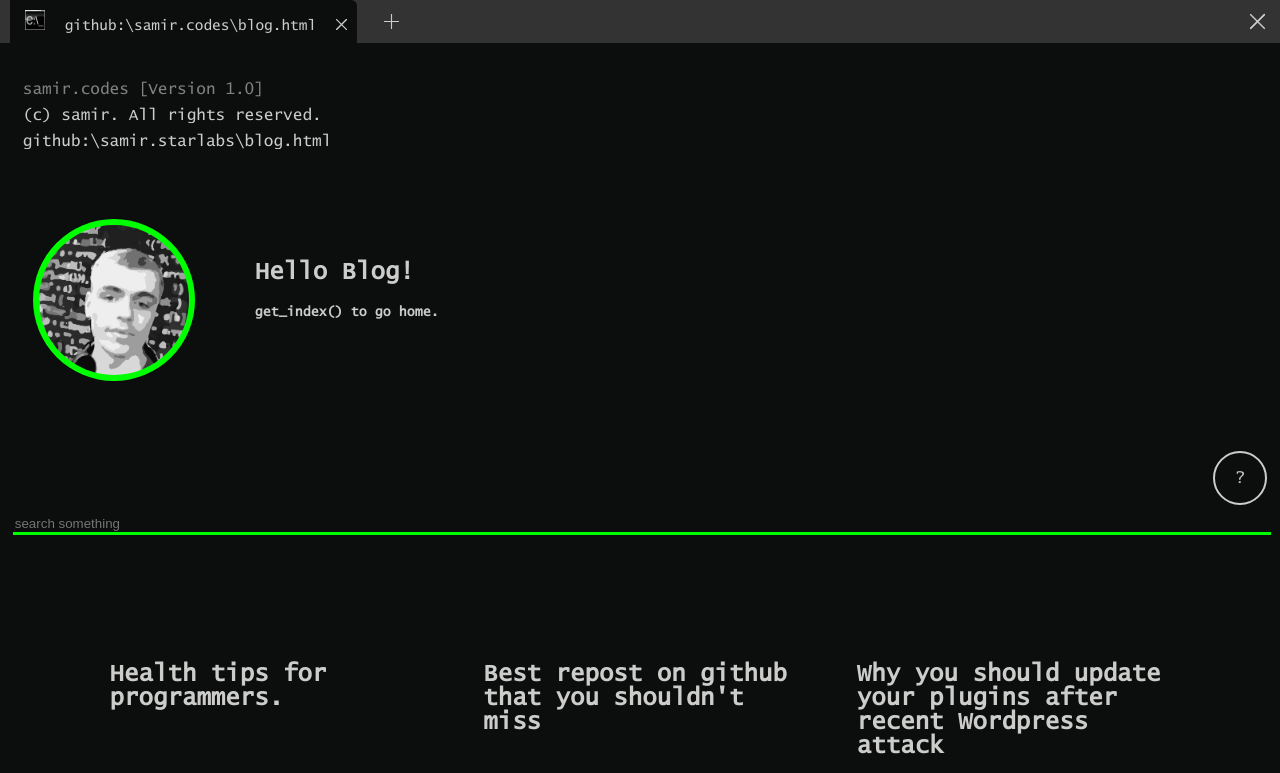
Repository: samiscold/samir.codes
Page: blog.html
An editor plug-in stored every save of this project. The page is shown before and after the next save, followed by the edit.
The browser window is 1280 px wide. The pictures show the part of the page from y = 0 to 773 px (the page is 1349 px tall before and 1279 px after).
Pictures or frames that could not be fetched are drawn as grey boxes.

Above is the page before, as saved 2022-04-11 14:28:27.
Console error: TypeError: Cannot read properties of null (reading 'getElementsByClassName')

### blog.html
<!DOCTYPE html>
<html lang="en">

<head>
    <meta charset="UTF-8">
    <meta http-equiv="X-UA-Compatible" content="IE=edge">
    <meta name="viewport" content="width=device-width, initial-scale = 1.0, maximum-scale=1.0, user-scalable=no">
    <link rel="stylesheet" href="resources/style.css">
    <link rel="icon" type="image/x-icon" href="resources/img/pfpdone.png">
    <link rel='stylesheet' href='https://cdnjs.cloudflare.com/ajax/libs/font-awesome/4.7.0/css/font-awesome.min.css'>
    <title>samir.blogs</title>
</head>

<body>

    <header>
        <nav>
            <ul class="abc">
                <li id="listid" class="first-tab">
                    <img class="cmd-icon" id="cmdicon" src="resources/img/cmd.png">
                    <a id="atext">github:\samir.codes\blog.html</a>
                    <img onclick="closeTab()" id="anulojex" class="anuloje-x" src="resources/img/anuloje.svg">
                </li>
            </ul>
            <img onclick="tabSwitch()" id="shto" class="shtoje-x" src="resources/img/anuloje.svg">
        </nav>
        <img onclick="closeFunction()" class="mshele-x" src="resources/img/anuloje.svg">
    </header>

    <main>

        <div class="overlay">
            <div class="commands">
                <p>"get_blog()" go to blog page</p>
                <p>"get_index()" go to homepage</p>
                <p>"get_skills()" go to skills</p>
                <p>"color a" to change the color</p>
                <p>"cls" : to clear</p>
            </div>
        </div>

        <section class="first-section">
            <div class="second-text">
                <p class="helloo">samir.codes [Version 1.0]</p>
                <p class="hello">(c) samir. All rights reserved. </p>
                <p class="hello">github:\samir.starlabs\blog.html</p>
                <div id="aboutme" class="about-me">
                    <div class="img-border">
                        <img class="pfp" src="resources/img/pfpdone.png" alt="">
                    </div>
                    <div class="text-me">
                        <h1> Hello Blog!</h1>
                        <h5>get_index() to go home.</h5>
                    </div>
                </div>
                <div onclick="displayCommands()" class="question">?</div>
                <div class="skillss">
                    <p>HTML</p>
                    <div class="container">
                        <div class="skills html">100%</div>
                    </div>
                    <p>CSS</p>
                    <div class="container">
                        <div class="skills css">98%</div>
                    </div>
                    <p>JavaScript</p>
                    <div class="container">
                        <div class="skills js">65%</div>
                    </div>
                    <p>PHP</p>
                    <div class="container">
                        <div class="skills php">15%</div>
                    </div>
                </div>


                <div class="print-here">
                    <p class="ggg" id="wronginput"></p>
                    </div>


                    <div class="inputs">
                        <input class="cmd-input" type="text" id="result" placeholder="search something">
                        <input id="click" class="search-input" onclick="myFunction()" value="">
                    </div>

                <!--blog content-->
                <div class="row">
                    <div class="card">
                        <a  id="first" href="single.html">
                            <h2 id="thepost1">Health tips for programmers.</h2>
                            <h5>How to stay healthy while staying inside!, Jan 29, 2022</h5>
                            <img style="width: 100%; height:200px" src="resources\img\ks-code.jpg" alt="">
                            <p>Lorem Ipsum is simply dummy text of the printing and typesetting industry. Lorem Ipsum
                                has been the industry's standard dummy text ever since the 1500s, when an unknown
                                printer took a galley of type and scrambled it to make a type specimen book. It has
                                survived not only five centuries,</p>
                    </div>
                    </a>
                    <div class="card">
                        <a id="second"href="single.html">
                            <h2 id="thepost2">Best repost on github that you shouldn't miss</h2>
                            <h5>top star github repos with MIT license, Jan 29, 2022</h5>
                            <img style="width: 100%; height:200px" src="resources\img\ks-code.jpg" alt="">
                            <p>Lorem Ipsum is simply dummy text of the printing and typesetting industry. Lorem Ipsum
                                has been the industry's standard dummy text ever since the 1500s, when an unknown
                                printer took a galley of type and scrambled it to make a type specimen book. It has
                                survived not only five centuries,</p>
                    </div>
                    </a>
                    <div class="card">
                        <a  id="third"  href="single.html">
                            <h2 id="thepost3">Why you should update your plugins after recent Wordpress attack</h2>
                            <h5>Acesspress hacked, Jan 29, 2022</h5>
                            <img style="width: 100%; height:200px" src="resources\img\ks-code.jpg" alt="">
                            <p>Lorem Ipsum is simply dummy text of the printing and typesetting industry. Lorem Ipsum
                                has been the industry's standard dummy text ever since the 1500s, when an unknown
                                printer took a galley of type and scrambled it to make a type specimen book. It has
                                survived not only five centuries,</p>
                    </div>
                    </a>
                </div>
            </div>

        </section>

    </main>

    <footer>
        <p>Author: Samir Vllaço © - Made with 🖤 and ☕. <br>
            <a href="mailto:hege@example.com">vllacosamir@gmail.com</a>
        </p>
        <div class="go-to-top"></div>
    </footer>



    <script src="https://cdn.jsdelivr.net/npm/particles.js@2.0.0/particles.js" integrity="sha256-icjghcPaibMf1jv4gQIGi5MeWNHem2SispcorCiCfSg=" crossorigin="anonymous"></script>
    <script src="resources/js/script.js"></script>

</body>

</html>

### resources/style.css
@font-face {
	font-family: 'lucida';
	src: local('Lucida Console'), local('LucidaConsole'), url('/resources/font/LucidaConsole.woff2') format('woff2'), url('/resources/font/LucidaConsole.svg') format('svg');
	font-weight: normal;
	font-style: normal;
	font-display: swap;
}

html {
	scroll-behavior: smooth;
}

body {
	background: #0C0D0D;
	color: #CCCCCB;
	font-family: 'lucida', sans-serif;
	margin: 0;
	padding: 0;

}

header {
	background-color: #333333;
	display: flex;
	justify-content: space-between;
	margin: 0;
	margin: 0;
	padding-right: 15px;
}

nav {
	bottom: 0;
	display: flex;
	align-self: end;
}

#particles-js {
	display: inline;
	height: 100vh;
	position: absolute;
	z-index: -99999;
  }

/* nav icons */

.shtoje-x {
	display: inline-block;
	width: 11px;
	transform: rotate(45deg);
	margin: 0 24px;
	cursor: pointer;
}

.anuloje-x {
	width: 11px;
	height: 11px;
	margin-left: 10px;
	cursor: pointer;
}

.mshele-x {
	width: 15px;
	cursor: pointer;
}

#listid {
	display: block;
}


/* #wronginput::inputi {
  color: red;
} */

#wronginput span {
	display: inline;
	opacity: 0.6;
}

#wronginput {
	color: #CCCCCB;
}

#secondtab {
	display: none;
}

ul {
	margin: 0;
	padding: 0;
	margin-right: 5px;
	height: auto;
	display: flex;
	flex-direction: row;
	align-self: center;
	margin-left: 10px;
	list-style-type: none;
}

li {
	background: #0C0D0D;
	border-top-right-radius: 6px;
	padding-right: 12px;
	padding-left: 0px;
	width: auto;
	padding: 10px;
	display: flex;
	align-items: center;
}

#element {
	width: 100%;
	height: 45px;
	margin: 0;
	padding: 0;
	display: none;
	transition-timing-function: ease;
	transition-timing-function: cubic-bezier(0.25, 0.1, 0.25, 1);
}

li:focus-within {
	border: thin solid red;
}

li:active {
	color: black;
	background: lime;
}

li:active .anuloje-x {
	filter: invert(0%) sepia(91%) saturate(7470%) hue-rotate(355deg) brightness(0%) contrast(95%);
}

.active {
	border: 1px solid lime;
}

ul li a {
	cursor: default;
	font-size: 0.9rem
}

.cmd-icon {
	width: 20px;
	height: 20px;
	padding-left: 5px;
	padding-right: 10px;
}

article {
	display: block;
}

.cmd-icon2 {
	float: left;
	width: 20px;
	padding-left: 5px;
	padding-right: 10px;
}


/*first section*/

.first-section {
	margin: 3% 1%;
	margin-bottom:0;

}

input {
	background: transparent;
	border: none;
	color: #CCCCCB;
	margin: 10px 0;
	clear: both;
}

.inputs {
	/* display: flex;
	justify-content: center;
	flex-direction: column;
	align-items: center; */
	clear: both;
}

.cmd-input {
	width: 100%;
	clear: both;
}

.search-input {
	text-align: center;
}

input:focus,
textarea:focus {
	outline: none;
}

.pfp {
	width: 200px;
	margin: 30px 0;
}

.second-section {}

.third-section {}

.fourth-section {}

.question {
	width: 50px;
	height: 50px;
	display: block;
	float: right;
	border-radius: 100%;
	text-align: center;
	line-height: 50px;
	bottom: 22px;
	right: 32px;
	color: #CCCCCB;
	border: 2px solid #CCCCCB;
}

.hello,
.helloo {
	color: #CCCCCB;
	font-family: 'lucida', sans-serif;
	font-size: 1rem;
	margin: 10px 0 0 10px;
	white-space: nowrap;
	overflow: hidden;
	width: 50em;
	animation: type 1s steps(60, end);
}

p {
	width: 100%;
}

.hello:nth-child(2) {
	animation: type2 2s steps(60, end);
}

.hello:nth-child(3) {
	animation: type2 3s steps(60, end);
}

.hello:nth-child(4) {
	animation: type2 4s steps(60, end);
}

p a {
	color: lime;
	text-decoration: none;
}

.helloo {
	color:#808080;
}

.about-me {
	display: flex;
	align-items: center;
	margin: 50px 0;
	animation: up 500ms;
}

.text-me {
	margin: 40px;
	opacity: 0;
	animation: left 500ms 1s;
	animation-fill-mode: forwards;
	width: 65%;
}

.about-me a {
	color: lime;
	padding: 0 10px;
}

.about-me i {
	text-decoration: none;
	color: lime;
	padding: 0 10px;
}

span {
	display: block;
	margin: 20px 0;
}

.pfp {
	width: 150px;
	height: 150px;
	filter: grayscale(1);
	border-radius: 100px;
	display: inline;
	margin: 0;
	padding: 0;
	z-index: 9999;
}

.contact {
	align-items: center;
}

h1 {
	margin: 0;
}

.img-border {
	width: 160px;
	height: 160px;
	background: lime;
	border-radius: 100%;
	display: flex;
	justify-content: center;
	align-items: center;
	z-index: 9999;
	margin:20px;
	padding:1px;
}

.card h2 {
	height: 90px;
}

.img-border:hover {
	background-image: linear-gradient(to bottom right, lime, #CCCCCB);
	background-size: 200% auto;
	animation: shine 1s linear forwards;
}

.container {
	width: 100%;
}

.skills {
	text-align: right;
	/* Right-align text */
	padding-top: 10px;
	/* Add top padding */
	padding-bottom: 10px;
	/* Add bottom padding */
	color: white;
	/* White text color */
	clear: both;
}

.html {
	width: 100%;
	background-color: #04AA6D;
}


/* Green */

.css {
	width: 98%;
	background-color: #2196F3;
}


/* Blue */

.js {
	width: 65%;
	background-color: #f44336;
}


/* Red */

.php {
	width: 15%;
	background-color: #808080;
}


/* Dark Grey */

.img-border:hover::after {
	content: 'sup?';
	font-size: 20px;
	background: black;
	position: absolute;
	z-index: 99999999999;
}

.cmd-input {
	border-bottom: 3px solid lime;
}

.skillss {
	display: none;
}

@keyframes shine {
	to {
		background-position: 300% center;
	}
}

@keyframes type {
	from {
		width: 0;
	}
}

@keyframes type2 {
	0% {
		width: 0;
	}
	50% {
		width: 0;
	}
	100% {
		width: 100;
	}
}

@keyframes blink {
	0% {
		opacity: 0;
	}
	50% {
		opacity: 0;
	}
	100% {
		width: 100;
	}
}


/*second animation */

@keyframes type {
	from {
		width: 0;
	}
}

@keyframes up {
	from {
		opacity: 0;
		transform: translateY(-200px);
	}
}

@keyframes left {
	from {
		opacity: 0;
		transform: translateX(-200px);
	}
	to {
		opacity: 1;
	}
}

body.loaded {
	opacity: 1;
	transition: 1s opacity;
}


/* Default banner */

.banner {
	position: relative;
	width: 100%;
	height: 40rem;
	padding: 0 5%;
	overflow: hidden;
	backface-visibility: hidden;
}


/* Default image container */

.banner .background {
	width: 100%;
	height: 100%;
	position: absolute;
	left: 0;
	top: 0;
	z-index: -1;
	transform: translate3d(0, 0, 0) scale(1.25);
	background: black url(https://images.unsplash.com/photo-1531971085967-431db1ec65a2?ixlib=rb-0.3.5&ixid=eyJhcHBfaWQiOjEyMDd9&s=212d5ac2d6b763d2f2168d4f0a85b36c&auto=format&fit=crop&w=2250&q=80) no-repeat center center;
	background-size: cover;
}


/* Loaded image container */

.loaded .banner .background {
	transform: scale(1);
	transition: 6.5s transform;
}


/* Other stuff */

.banner h1 {
	color: #EEE;
	margin: 0;
	line-height: 40rem;
	text-transform: uppercase;
	text-shadow: 0 0 .3rem black;
}

.row {
	display: flex;
	flex-direction: row;
	justify-content: center;
	align-items: center;
}

.commands {
	background-color: black;
	border: 2px solid lime;
	padding: 20px;
	height: 200px;
	position: relative;
	top: calc(50% - 200px);
}

.overlay {
	position: fixed;
	width: 100%;
	height: 100vh;
	background: #000000d4;
	top: 0%;
	z-index: 9999999999999999999999999999;
	display: flex;
	justify-content: center;
	align-items: center;
	display: none;
}

.row a {
	color: #CCCCCB;
	text-decoration: none;
}

.card {
	width: 25%;
	margin: 60px 30px;
}

.card h5 {
	height: 30px;
	;
}

.footer-info{
	display: flex;
	justify-content: center;
	align-items: center;
	text-align: center;
	margin: 0% 1%;
	flex-direction: column;
	height: 100vh;
}

.go-to-top {
	width: 20px;
	height: auto;
}

@media only screen and (max-width: 768px) {
	html {
		overflow-x: hidden;
	}
	header {
		overflow: hidden;
	}
	nav {
		align-self: unset;
	}
	/* .mshele-x {
    display:none;
} */
	ul {
		display: flex;
		align-self: end;
	}
	li {
		width: 80%;
		line-height: normal;
	}
	.hello:nth-child(4) {
		display: none;
	}
	.cmd-icon {
		display: none;
	}
	.shtoje-x {
		display: none;
	}
	.about-me {
		flex-direction: column;
		align-items: initial;
		width: auto;
	}
	.pfp {
		width: 85px;
		height: 85px;
	}
	.img-border {
		width: 90px;
		height: 90px;
		margin: 40px;
	}
	.card {
		width: 80%;
	}
	.row {
		display: inline-flex;
		flex-direction: column;
	}
	.question {
		display: none;
	}

	footer {
		height: 50vh;
	}

	footer p {
		font-size: 0.9rem;
	}
	/* .hello,
.helloo {
  color: #CCCCCB;
  font-family: 'Lucida Sans';
  font-size: 1rem;
  margin: 10px 0 0 10px;
  white-space: nowrap;
  overflow: hidden;
  width: 50em;
  animation: type 1s steps(60, end);

} */
}

### resources/js/script.js

particlesJS('particles-js',

{
	"particles": {
	  "number": {
		"value": 40,
		"density": {
		  "enable": true,
		  "value_area": 1736.2070190114673
		}
	  },
	  "color": {
		"value": "#00ff5a"
	  },
	  "shape": {
		"type": "edge",
		"stroke": {
		  "width": 0,
		  "color": "#000000"
		},
		"polygon": {
		  "nb_sides": 5
		},
		"image": {
		  "src": "img/github.svg",
		  "width": 100,
		  "height": 100
		}
	  },
	  "opacity": {
		"value": 1,
		"random": true,
		"anim": {
		  "enable": true,
		  "speed": 1,
		  "opacity_min": 0,
		  "sync": false
		}
	  },
	  "size": {
		"value": 3,
		"random": true,
		"anim": {
		  "enable": false,
		  "speed": 4,
		  "size_min": 0.3,
		  "sync": false
		}
	  },
	  "line_linked": {
		"enable": false,
		"distance": 150,
		"color": "#ffffff",
		"opacity": 0.4,
		"width": 1
	  },
	  "move": {
		"enable": true,
		"speed": 1,
		"direction": "none",
		"random": true,
		"straight": false,
		"out_mode": "out",
		"bounce": false,
		"attract": {
		  "enable": false,
		  "rotateX": 600,
		  "rotateY": 600
		}
	  }
	},
	"interactivity": {
	  "detect_on": "canvas",
	  "events": {
		"onhover": {
		  "enable": true,
		  "mode": "bubble"
		},
		"onclick": {
		  "enable": true,
		  "mode": "remove"
		},
		"resize": true
	  },
	  "modes": {
		"grab": {
		  "distance": 400,
		  "line_linked": {
			"opacity": 1
		  }
		},
		"bubble": {
		  "distance": 250,
		  "size": 0,
		  "duration": 2,
		  "opacity": 0,
		  "speed": 3
		},
		"repulse": {
		  "distance": 400,
		  "duration": 0.4
		},
		"push": {
		  "particles_nb": 4
		},
		"remove": {
		  "particles_nb": 2
		}
	  }
	},
	"retina_detect": true
  }

);

  // smooth



  // track the submit button with enter
document.getElementById("result").addEventListener("keyup", function (event) {
	event.preventDefault();
	if (event.keyCode === 13) {
		document.getElementById("click").click();
	}
});

function random(min, max) {
	return Math.floor(Math.random() * (max - min) + min);
}


function closeFunction() {
	var r = confirm("👨‍💻bye");
	if (r == true) {
		x = window.close();
	}
}

var counter = 0;

function tabSwitch() {

	//append the cmd icon and x icon
	var img = document.createElement("img");
	img.src = "resources/img/anuloje.svg";

	var img2 = document.createElement("img");
	img2.src = "resources/img/cmd.png";

	img.className = 'anuloje-x';

	img.id = "anulojex";
	img.onclick = closeNewTab;

	img2.className = 'cmd-icon2';


	// append the li nav
	var ulLocation = document.getElementsByClassName('abc')[0];
	var whereTab = document.getElementById('listid');

	var addTab = document.createElement('li');
	addTab.className = 'active';


	addTab.innerHTML = "github:\samir.codes\\blank";
	addTab.appendChild(img2);
	ulLocation.appendChild(addTab);
	addTab.appendChild(img);
	addTab.id = "listid";
}




function closeTab(event) {
	event.target.closest('li.tab').remove();
}

function closeTab() {
	var whereTab = document.getElementById('listid');
	var getHeader = document.querySelector('header');
	if (whereTab.style.display == 'block') {
		whereTab.style.display = 'none';
	} else {
		whereTab.style.display = "none";
		getHeader.style.display = "none";
		closeFunction();

	}

}

function closeNewTab() {
	var aktiv = document.getElementsByClassName('active')[0];
	event.target.closest('li').remove();
}

function test() {
	var abc = document.getElementById("wronginput");


	var fixappend = document.getElementsByClassName('print-here')[0];
	var paragraph = document.createElement('p');
	paragraph.id = "wronginput";
	paragraph.className = "ggg"
	fixappend.appendChild(paragraph);

}


function myFunction() {
	let inputi = document.getElementById('result').value;
	console.log(inputi);


	// var c = document.getElementById("wronginput");
	const pjat = document.querySelectorAll('.ggg');


	if (inputi === "color a") {
		for (let i = 0; i < pjat.length; i++) {
			pjat[i].style.color = 'lime';
		}

		return;
	}

	if (inputi === "get_blog()") {
		window.open("blog.html", "_self");
		return;
	}

	if (inputi === "get_index()") {
		window.open("index.html", "_self");
		return;
	}

	if (inputi === "get_skills()") {
		var testtest = document.getElementsByClassName("skillss")[0];
		testtest.style.display = "block";
		return;
	}

	var abc = document.getElementById("wronginput");
	var testtest = document.getElementsByClassName("skillss")[0];
	var fixappend = document.getElementsByClassName('print-here')[0];

	if (inputi === "cls") {
		abc.parentNode.removeChild(abc);

		testtest.style.display = "none";
		for (let i = 0; i < pjat.length; i++) {
			pjat[i].style.color = 'white';
		}

	} else {

		test();
		var komandat = [' \"cls\" to clear', '\"color a\" to change the color', '\"get_blog()\" to go to blog page', "\"get_index()\" to go to home page"];
		abc.innerHTML += "<span> '" + inputi + "' </span> is not recognized as an internal <br> or external command, please try: <br> <span>" + komandat[random(0, komandat.length)] + "</span> <br><br>";
	}

}

function displayCommands() {
	var getdisplay = document.getElementsByClassName('overlay')[0];
	getdisplay.style.display = "block";

	window.onclick = function (event) {
		if (event.target == getdisplay) {
			getdisplay.style.display = "none";
		}
	}
}

function goTop() {
	window.scrollTo(0,0);
}

After the next save:
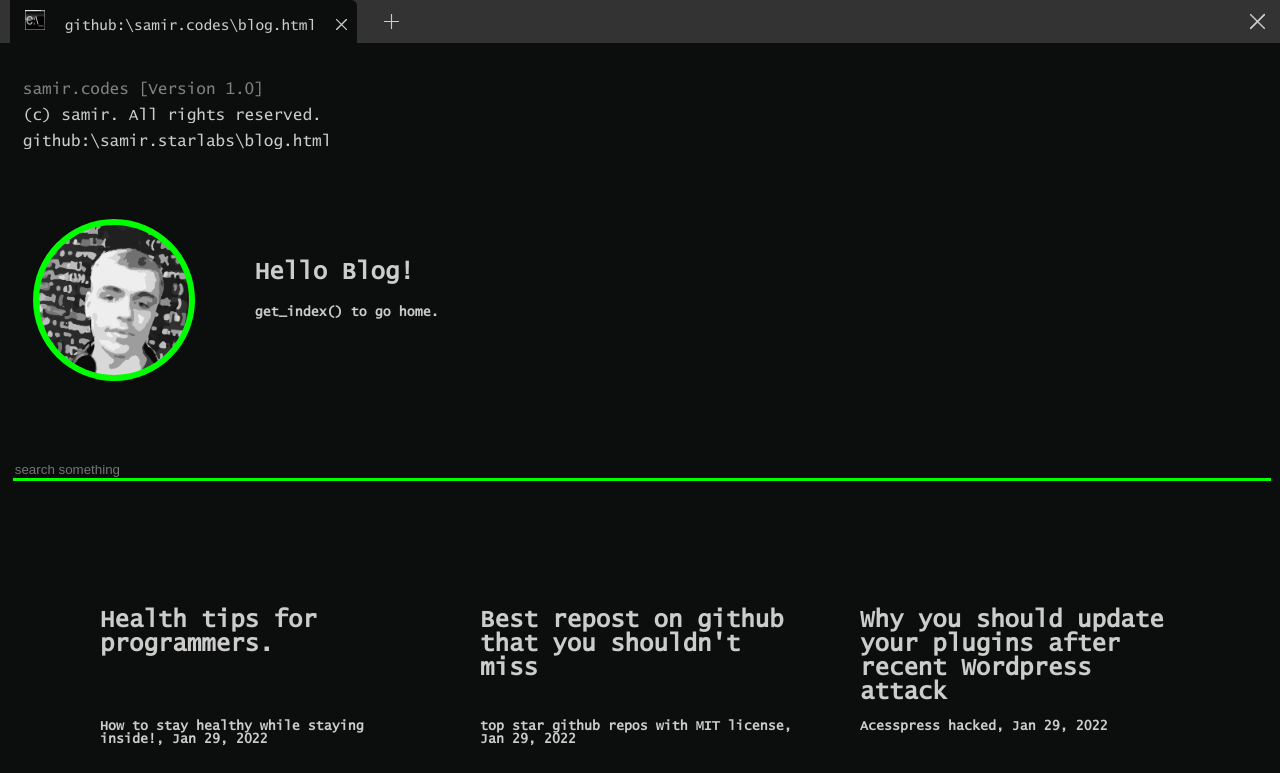
Saved 97 s later.
--- a/blog.html
+++ b/blog.html
@@ -53,7 +53,6 @@
                         <h5>get_index() to go home.</h5>
                     </div>
                 </div>
-                <div onclick="displayCommands()" class="question">?</div>
                 <div class="skillss">
                     <p>HTML</p>
                     <div class="container">
@@ -73,16 +72,16 @@
                     </div>
                 </div>
 
-
                 <div class="print-here">
-                    <p class="ggg" id="wronginput"></p>
-                    </div>
+                <p class="ggg" id="wronginput"></p>
+                </div>
 
 
-                    <div class="inputs">
-                        <input class="cmd-input" type="text" id="result" placeholder="search something">
-                        <input id="click" class="search-input" onclick="myFunction()" value="">
-                    </div>
+                <div class="inputs">
+                    <input class="cmd-input" type="text" id="result" placeholder="search something">
+                    <input id="click" class="search-input" onclick="myFunction()" value="">
+                </div>
+            </section>
 
                 <!--blog content-->
                 <div class="row">
